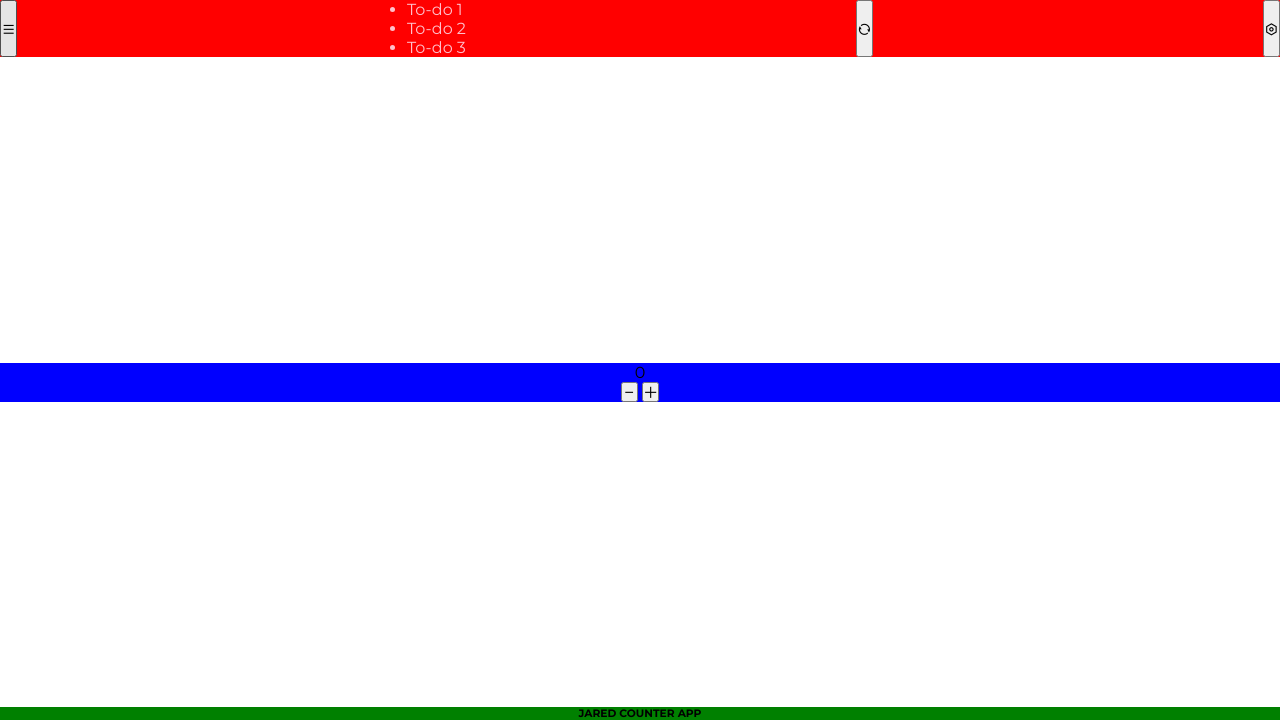
Repository: EguJaredoBoyd/Jared-Counter-App
Page: index.html
These files come from the project's save history. The page is drawn as it stood at one moment and after the next save; the edit follows.
The browser window is 1280 px wide. The pictures show the whole page.

Above is the page before, as saved 2025-11-17 22:21:57.

After the next save:
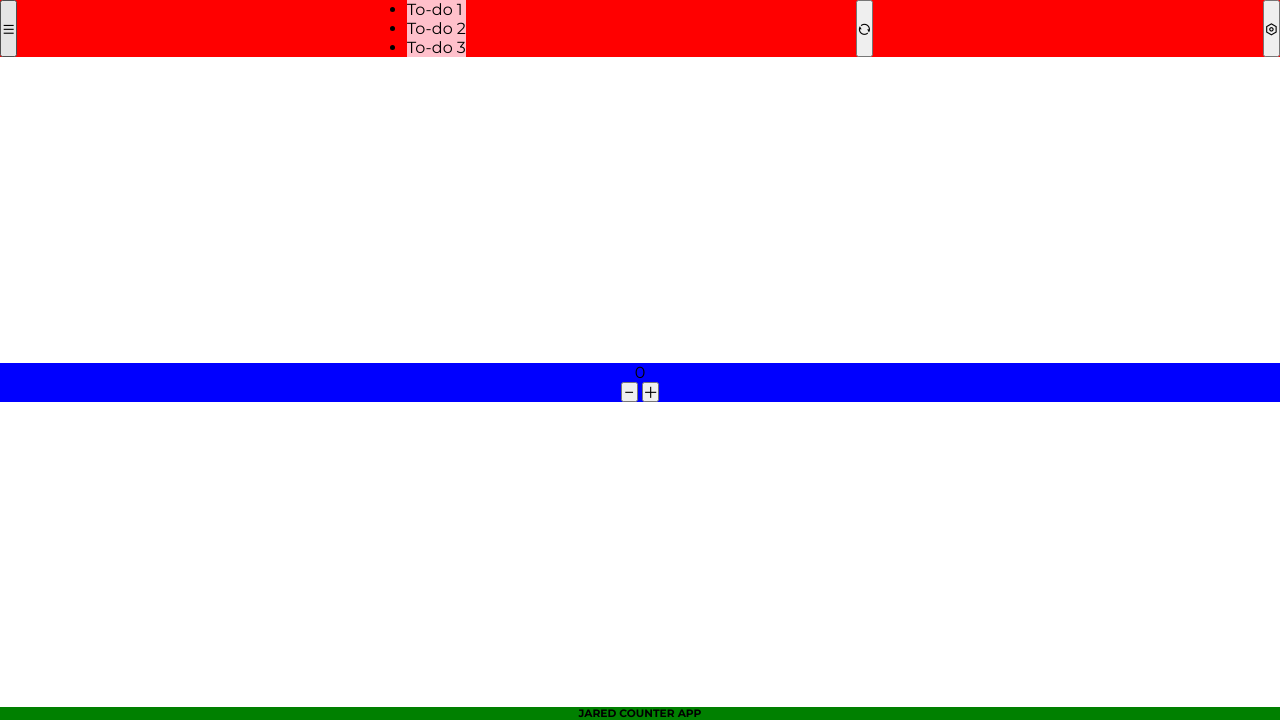
Saved 13 s later.
--- a/style.css
+++ b/style.css
@@ -24,8 +24,8 @@ header {
     background-color: red;
 }
 
-.header__button__ul--toggle-list li {
-    color: pink;
+.header__button__ul--toggle-list {
+    background-color: pink;
 }
 
 main {
